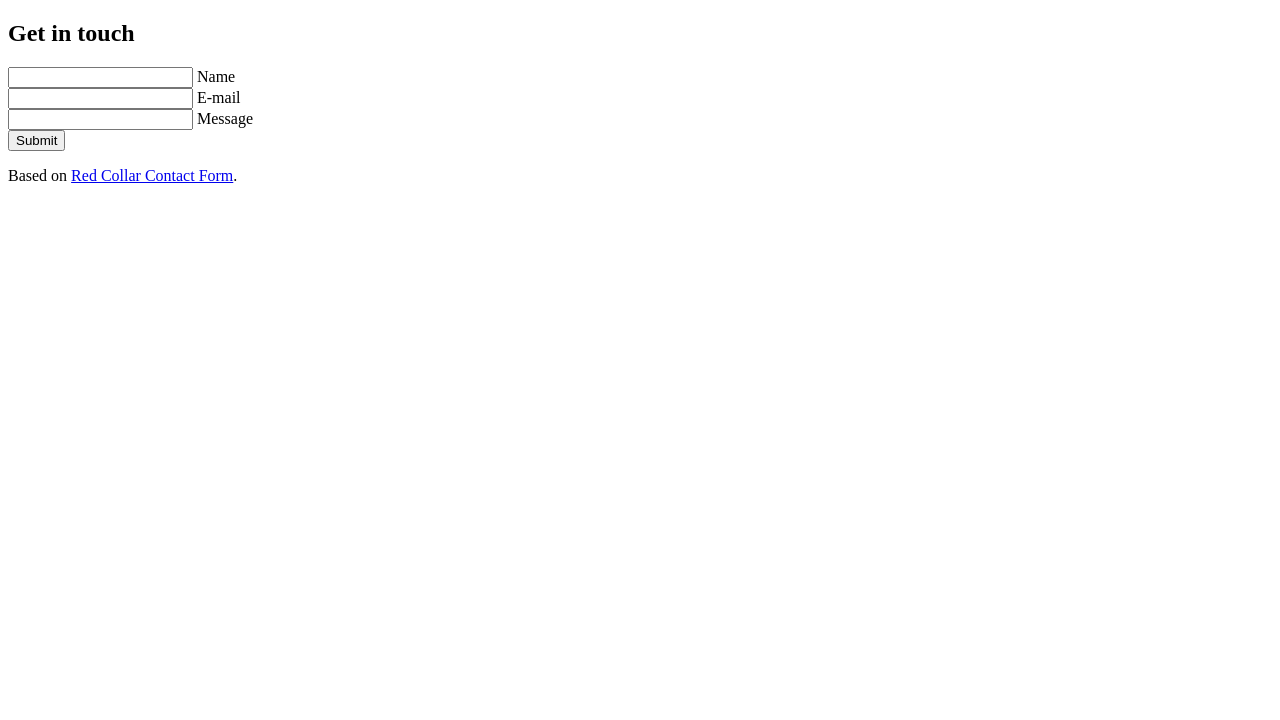
Repository: Alejandr0Aceved0/AWS_SERVICES_AND_INSTANCES
Page: register.html
The author's editor kept a copy of each file at every save. The page is drawn from the files as they stood at one save, then again after the next save.
The browser window is 1280 px wide. The pictures show the whole page.
Some web fonts or font styles are not loaded; a fallback is used.

Above is the page before, as saved 2024-10-17 16:16:20.

### register.html
<!DOCTYPE html>
<html>

<head>
    <meta charset='utf-8'>
    <meta http-equiv='X-UA-Compatible' content='IE=edge'>
    <title>Register Page</title>
    <meta name='viewport' content='width=device-width, initial-scale=1'>
    <link rel='stylesheet' type='text/css' media='screen' href='styles/appRegister.css'>
    <script src='appRegister.js'></script>
</head>

<body>


    <section class="get-in-touch">
        <h1 class="title">Get in touch</h1>
        <form class="contact-form row">
           <div class="form-field col x-50">
              <input id="name" class="input-text js-input" type="text" required>
              <label class="label" for="name">Name</label>
           </div>
           <div class="form-field col x-50">
              <input id="email" class="input-text js-input" type="email" required>
              <label class="label" for="email">E-mail</label>
           </div>
           <div class="form-field col x-100">
              <input id="message" class="input-text js-input" type="text" required>
              <label class="label" for="message">Message</label>
           </div>
           <div class="form-field col x-100 align-center">
              <input class="submit-btn" type="submit" value="Submit">
           </div>
        </form>
     </section>
     <p class="note">Based on <a class="link" href="http://redcollar.digital/contacts/" target="blank">Red Collar Contact Form</a>.</p>


    <!-- <div class="form-field col x-50">
        <input id="name" class="input-text js-input" type="text" required>
        <label class="label" for="name">Name</label>
     </div>

    <p>
    <h1>Registro de usuario</h1>

    <input type="text" placeholder="Id usuario" class="form-input-text__FormInput-sc-xxedi2-0 form-input-text___StyledFormInput-sc-xxedi2-1 dzARff ldZduL">
    <br>

    <input type="text" placeholder="Nombre" class="form-input-text__FormInput-sc-xxedi2-0 form-input-text___StyledFormInput-sc-xxedi2-1 dzARff ldZduL">
    <br>

    <input type="text" placeholder="Apellido" class="form-input-text__FormInput-sc-xxedi2-0 form-input-text___StyledFormInput-sc-xxedi2-1 dzARff ldZduL">
    <br>

    <input type="text" placeholder="Area laboral" class="form-input-text__FormInput-sc-xxedi2-0 form-input-text___StyledFormInput-sc-xxedi2-1 dzARff ldZduL">
    <br>
    <br>

    <input type="text" placeholder="Click Me!" class="form-input-text__FormInput-sc-xxedi2-0 form-input-text___StyledFormInput-sc-xxedi2-1 dzARff ldZduL">
    <br>

    <button class="button-30" role="button">Registrar</button> -->
</body>

</html>

### styles/appRegister.css
.input {

}




.button-30 {
    align-items: center;
    appearance: none;
    background-color: #FCFCFD;
    border-radius: 4px;
    border-width: 0;
    box-shadow: rgba(45, 35, 66, 0.4) 0 2px 4px, rgba(45, 35, 66, 0.3) 0 7px 13px -3px, #D6D6E7 0 -3px 0 inset;
    box-sizing: border-box;
    color: #36395A;
    cursor: pointer;
    display: inline-flex;
    font-family: "JetBrains Mono", monospace;
    height: 48px;
    justify-content: center;
    line-height: 1;
    list-style: none;
    overflow: hidden;
    padding-left: 16px;
    padding-right: 16px;
    position: relative;
    text-align: left;
    text-decoration: none;
    transition: box-shadow .15s, transform .15s;
    user-select: none;
    -webkit-user-select: none;
    touch-action: manipulation;
    white-space: nowrap;
    will-change: box-shadow, transform;
    font-size: 18px;
}

.button-30:focus {
    box-shadow: #D6D6E7 0 0 0 1.5px inset, rgba(45, 35, 66, 0.4) 0 2px 4px, rgba(45, 35, 66, 0.3) 0 7px 13px -3px, #D6D6E7 0 -3px 0 inset;
}

.button-30:hover {
    box-shadow: rgba(45, 35, 66, 0.4) 0 4px 8px, rgba(45, 35, 66, 0.3) 0 7px 13px -3px, #D6D6E7 0 -3px 0 inset;
    transform: translateY(-2px);
}

.button-30:active {
    box-shadow: #D6D6E7 0 3px 7px inset;
    transform: translateY(2px);
}

Loaded but not shown: appRegister.js (no copy from this time; the picture is the same without it)

After the next save:
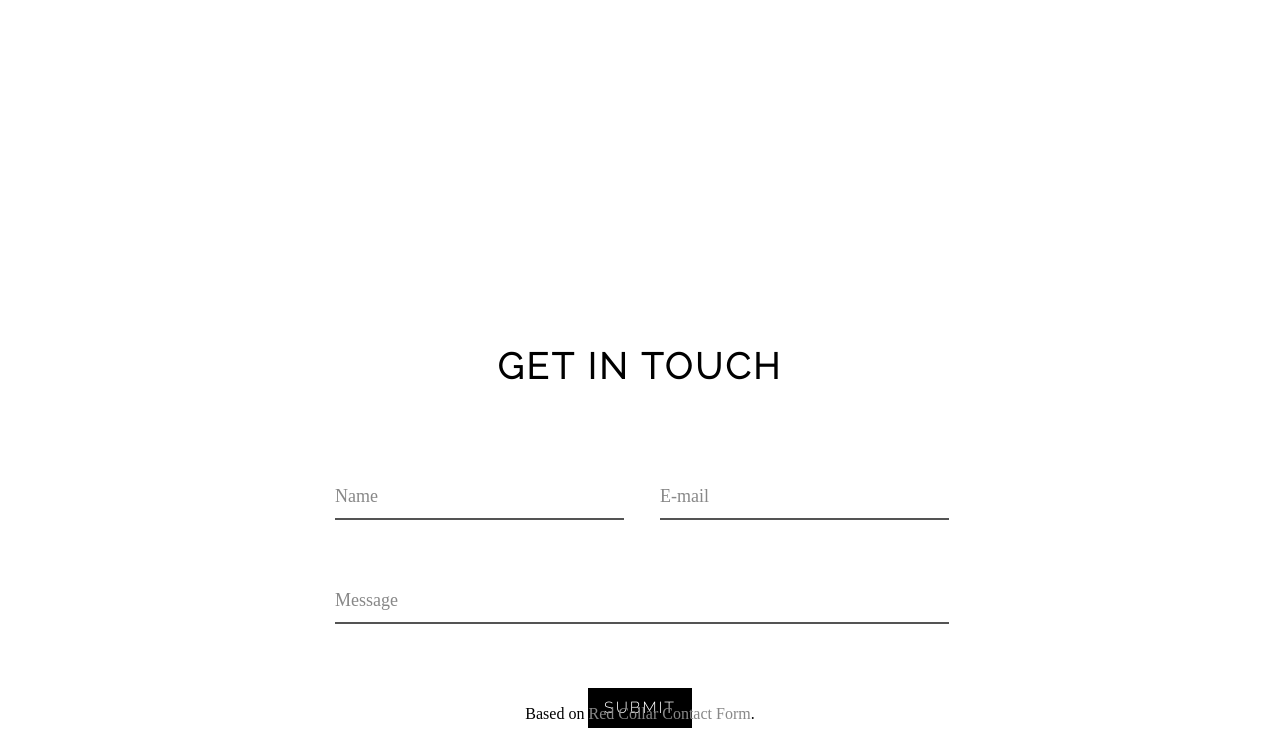
Saved 69 s later.
--- a/styles/appRegister.css
+++ b/styles/appRegister.css
@@ -1,8 +1,140 @@
-.input {
+@import url(https://fonts.googleapis.com/css?family=Raleway:300);
+@import url(https://fonts.googleapis.com/css?family=Lusitana:400,700);
 
+@mixin clearfix {
+   &:after {
+      content: "";
+      display: table;
+      clear: both;
+  }
+}
+
+.align-center {
+   text-align: center;
 }
 
 
+html {
+   height: 100%;
+}
+
+body {
+   height: 100%;
+   position: relative;
+}
+
+.row {
+   @include clearfix;
+   margin: -20px 0;
+   .col {
+      padding: 0 20px;
+      float: left;
+      box-sizing: border-box;
+      &.x-50 {
+         width: 50%;
+      }
+      &.x-100 {
+         width: 100%;
+      }
+   }
+}
+
+.content-wrapper {
+   min-height: 100%;
+   position: relative;
+}
+
+.get-in-touch {
+   max-width: 650px;
+   margin: 0 auto;
+   position: relative;
+   top: 50%;
+   transform: translateY(-50%);
+
+  .title {
+     text-align: center;
+     font-family: Raleway, sans-serif;
+     text-transform: uppercase;
+     letter-spacing: 3px;
+     font-size: 36px;
+     line-height: 48px;
+     padding-bottom: 48px;
+  }
+}
+
+.contact-form {
+   .form-field {
+      position: relative;
+      margin: 32px 0;
+   }
+   .input-text {
+      display: block;
+      width: 100%;
+      height: 36px;
+      border-width: 0 0 2px 0;
+      border-color: #000;
+      font-family: Lusitana, serif;
+      font-size: 18px;
+      line-height: 26px;
+      font-weight: 400;
+
+      &:focus {
+         outline: none;
+      }
+
+      &:focus,
+      &.not-empty {
+         + .label {
+            transform: translateY(-24px);
+         }
+      }
+   }
+   .label {
+      position: absolute;
+      left: 20px;
+      bottom: 11px;
+      font-family: Lusitana, serif;
+      font-size: 18px;
+      line-height: 26px;
+      font-weight: 400;
+      color: #888;
+      cursor: text;
+      transition: transform .2s ease-in-out;
+   }
+
+   .submit-btn {
+      display: inline-block;
+      background-color: #000;
+      color: #fff;
+      font-family: Raleway, sans-serif;
+      text-transform: uppercase;
+      letter-spacing: 2px;
+      font-size: 16px;
+      line-height: 24px;
+      padding: 8px 16px;
+      border: none;
+      cursor: pointer;
+   }
+}
+
+.note {
+   position: absolute;
+   left: 0;
+   bottom: 10px;
+   width: 100%;
+   text-align: center;
+   font-family: Lusitana, serif;
+   font-size: 16px;
+   line-height: 21px;
+
+   .link {
+      color: #888;
+      text-decoration: none;
+      &:hover {
+         text-decoration: underline;
+      }
+   }
+}
 
 
 .button-30 {
